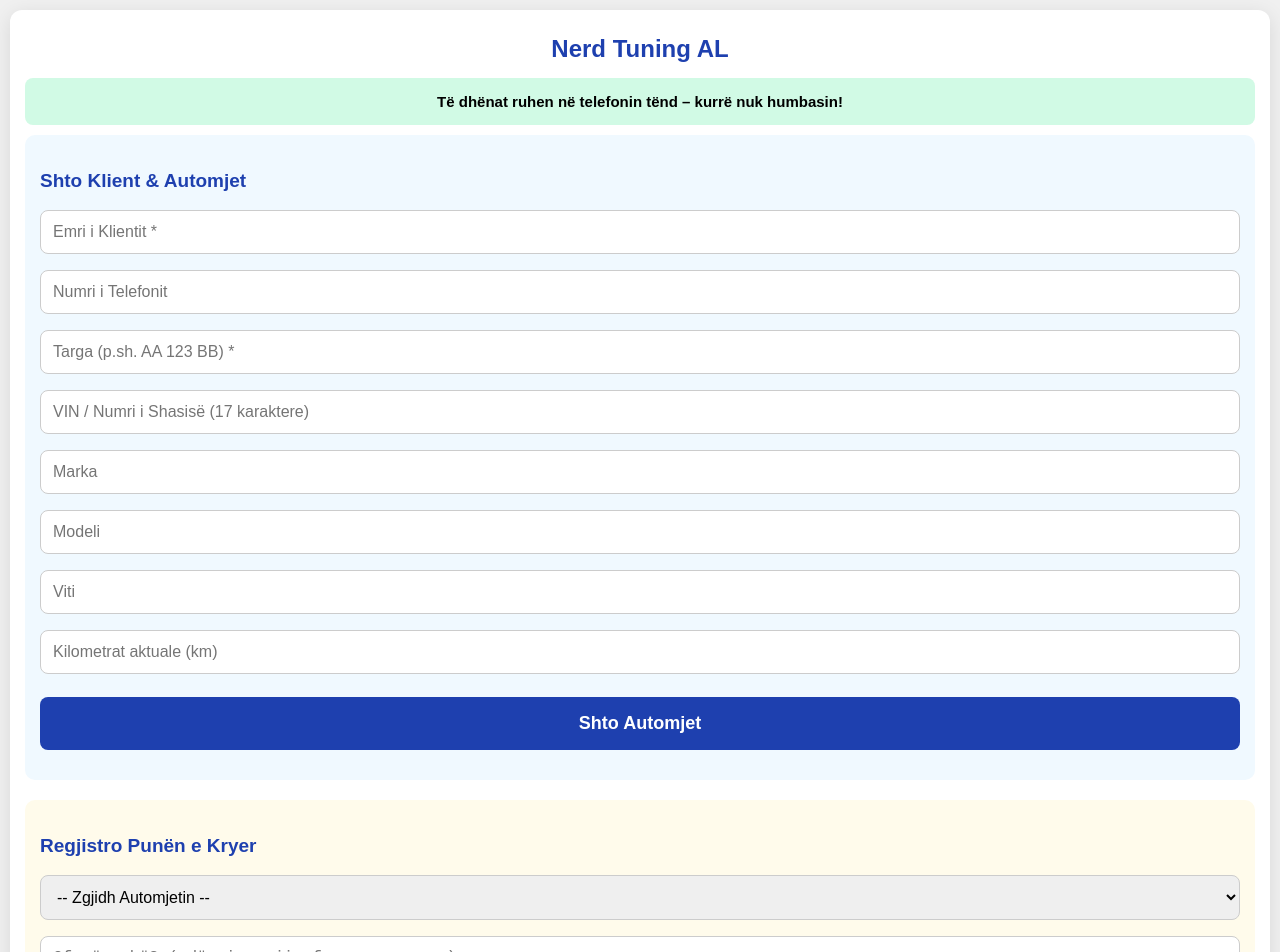
Repository: tjola/nerd_tuning_al
Page: index.html
These files come from the project's save history. The page is drawn as it stood at one moment and after the next save; the edit follows.
The browser window is 1280 px wide. The pictures show the part of the page from y = 0 to 952 px (the page is 2180 px tall before and 2123 px after).
A picture or video elsewhere on the page could not be fetched, so the positions and the page height are approximate.

Above is the page before, as saved 2025-12-01 14:18:34.

After the next save:
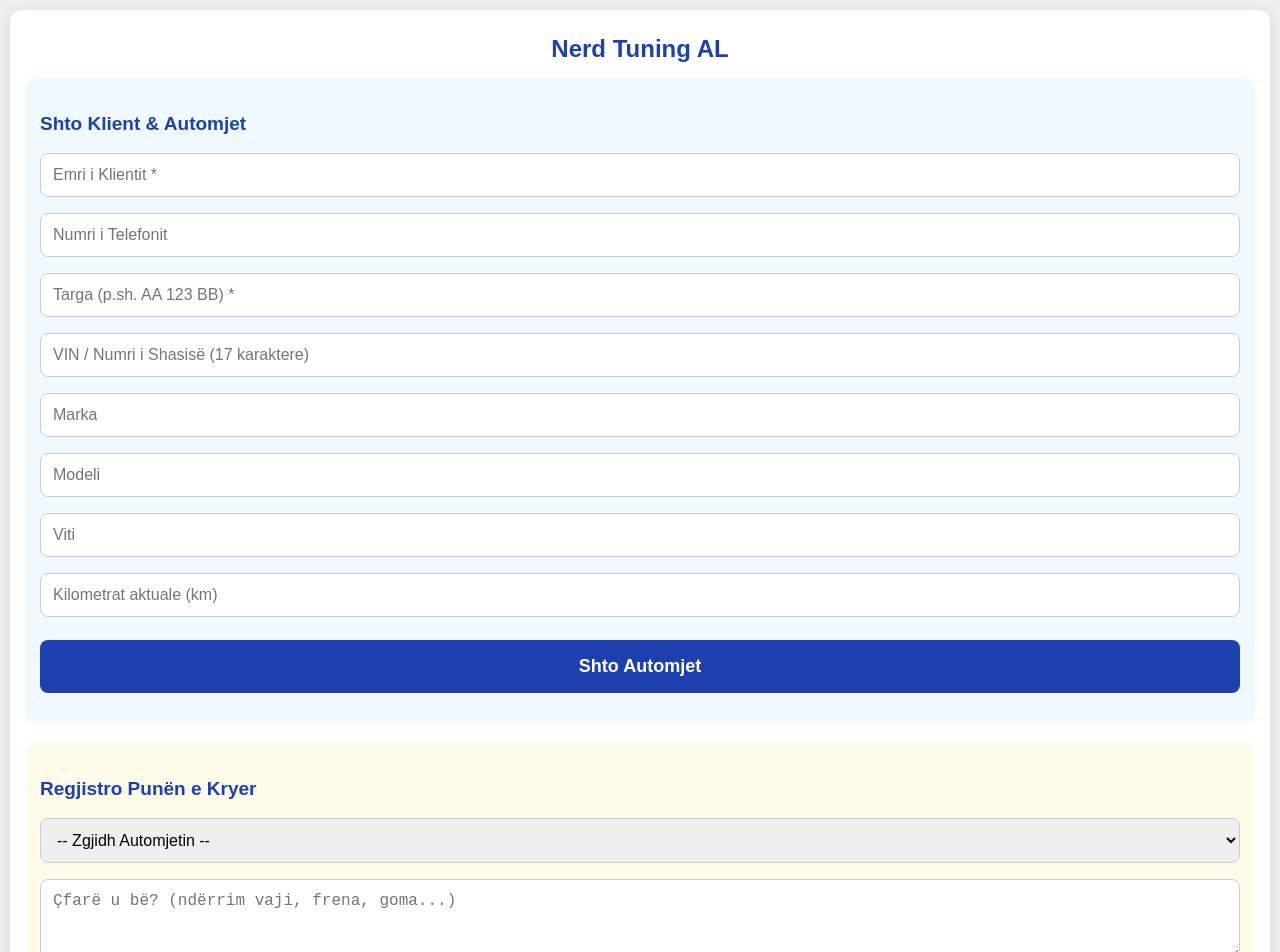
Saved 8 s later.
--- a/index.html
+++ b/index.html
@@ -29,9 +29,7 @@
 <body>
 <div class="container">
   <h1>Nerd Tuning AL</h1>
-  <p style="text-align:center; background:#d1fae5; padding:15px; border-radius:8px; margin:10px 0; font-size:15px;">
-    <strong>Të dhënat ruhen në telefonin tënd – kurrë nuk humbasin!</strong>
-  </p>
+
 
   <!-- Shto Automjet -->
   <div style="background:#f0f9ff; padding:15px; border-radius:10px; margin-bottom:20px;">

After the save that followed:
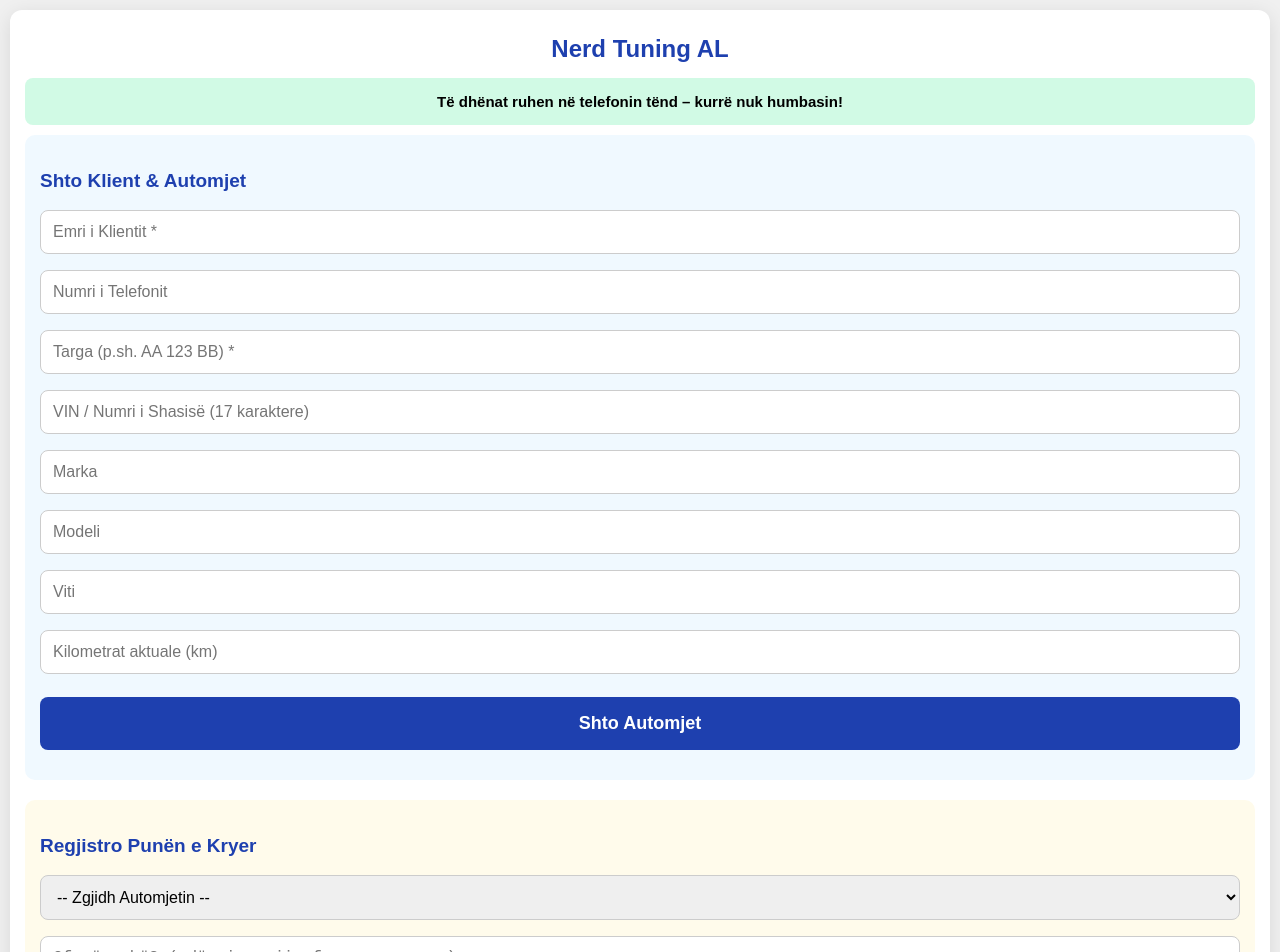
Saved 4 s later.
--- a/index.html
+++ b/index.html
@@ -29,7 +29,9 @@
 <body>
 <div class="container">
   <h1>Nerd Tuning AL</h1>
-
+  <p style="text-align:center; background:#d1fae5; padding:15px; border-radius:8px; margin:10px 0; font-size:15px;">
+    <strong>Të dhënat ruhen në telefonin tënd – kurrë nuk humbasin!</strong>
+  </p>
 
   <!-- Shto Automjet -->
   <div style="background:#f0f9ff; padding:15px; border-radius:10px; margin-bottom:20px;">
